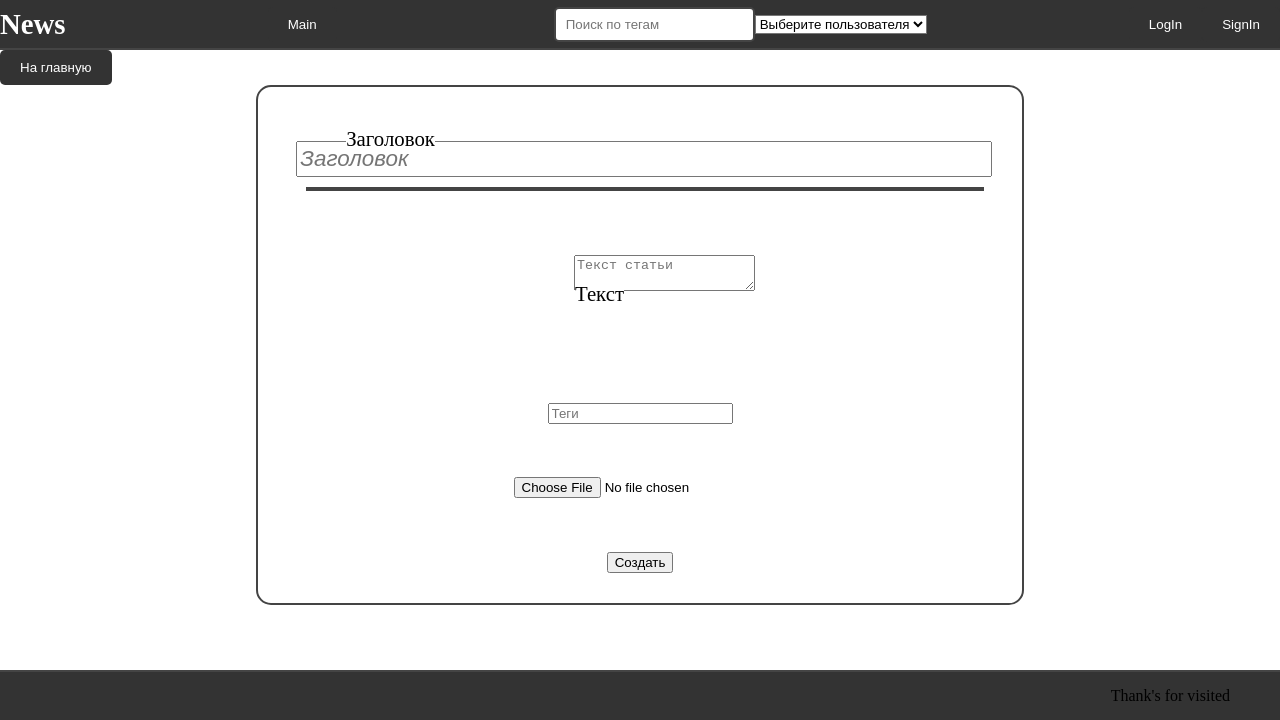
Repository: Igor-Blazhko/news_frontend
Page: /CreatePost
These files come from the project's save history. The page is drawn as it stood at one moment and after the next save; the edit follows.
The browser window is 1280 px wide. The pictures show the whole page.
The project was rebuilt for these pictures with package versions that can differ from the ones it lists, and the page was loaded fresh each time. Also part of the build but not shown: vite.config.ts, src/components/allPost/onePost/onePost.module.css, src/components/allPost/onePost/onePost.tsx, src/components/allPost/allPost.tsx, src/components/auth/logIn/login.module.css, src/components/auth/logIn/login.tsx, src/components/auth/register/register.tsx, src/components/pageOnePost/comments/comment.tsx and 2 more.

Above is the page before, as saved 2024-07-15 16:24:58.

### src/App.tsx
import Header from './components/header/header'
import AllPost from './components/allPost/allPost'
import Footer from './components/footer/footer'
import LogIn from './components/auth/logIn/login'
import { Page } from './types'
import SignIn from './components/auth/register/register'
import { BrowserRouter, Route, Routes } from 'react-router-dom'
import OnePost from './components/pageOnePost/OnePost'
import { Provider } from 'react-redux'
import { store } from './store'
import { QueryClient, QueryClientProvider } from '@tanstack/react-query'
import CreatePost  from './components/createPost/createPost'



const queryClient = new QueryClient();

function App() {

  return (
    <Provider store={store}>
      <QueryClientProvider client={queryClient}>
        <BrowserRouter>
        <Header></Header>
          <Routes>
            <Route path="*" element ={ <AllPost/> }/>
            <Route path={Page.LogIn} element ={ <LogIn/> }/>
            <Route path={Page.SignIn} element ={ <SignIn/> }/>
            <Route path={Page.CreatePost} element ={ <CreatePost/> }/>
            <Route path={Page.OnePost+'/:id'} element ={ <OnePost/> }/>
          </Routes>
        <Footer></Footer>
        </BrowserRouter>
      </QueryClientProvider>
    </Provider>
  )
}

export default App

### src/index.css
body{
  margin: 0;
  padding: 0;
  width: 100vw;
  min-height: 100vh;
  overflow-x: hidden;
}

main{
  min-height: calc(100vh - 100px);
}

### src/components/header/header.tsx

import { Link } from 'react-router-dom';
import Button from '../simplyComponents/button/button';
import styles from './header.module.css'
import ButtonAuth  from './buttonAuth/buttonAuth';
import Filter from './filter/filter';


export default function Header() {
        return (
        <header className={styles.header}>
            <div className={styles.logo}>
                News
            </div>
            <nav>
                <Link to="">
                    <Button>Main</Button>
                </Link>
            </nav>
            <Filter/>
            <ButtonAuth/>
        </header>
    )
}

### src/components/footer/footer.tsx
import { Link } from 'react-router-dom'
import styles from './footer.module.css'
import { Page } from '../../types'
import Button from '../simplyComponents/button/button'
import { useSelector } from 'react-redux'
import { States } from '../../store'

export default function Footer(){
    const JWT = useSelector( (state:States) => state.JWT)
    return(
        <footer className={styles.footer}>
            {
            JWT &&
            <Link to={'/'+Page.CreatePost}>
                <Button>Создать пост</Button>
            </Link>
            }

            <div className={styles.text}>Thank's for visited</div>
        </footer>
    )
}

### src/types.ts
export const enum Page {
    LogIn = 'LogIn',
    SignIn = 'SignIn',
    AllPost = 'AllPost',
    OnePost = 'OnePost',
    CreatePost = 'CreatePost',
}

export class ObjectToken {
    private readonly access_token:string;
    constructor(access_token:string){
        this.access_token = access_token;
    }
}

export class HTTPExeption{
    private readonly response:string;
    private readonly status:number;
    private readonly message:string;
    private readonly name:string;
    constructor(response:string, status:number, message:string, name:string){
        this.response = response;
        this.status = status;
        this.message = message;
        this.name = name;
    }
}

### src/store.ts
import { createStore } from '@reduxjs/toolkit'
import cooks from './basefunction';

export interface States{
  tagfilter: string[],
  userfilter: number,
  JWT:string|undefined,
  location: string,
}

const defaultState:States = {
  tagfilter: [],
  userfilter: 0,
  JWT: cooks.getJWT(),
  location: '*',
}

type Action = {
  type:string,
  buffer?:string,
  userId?:number,
  JWT?:string,
}
const reducer = (state = defaultState, action:Action) => {
  switch (action.type){
    case 'Filter':
      if (( 'buffer' in action) && (action.buffer !== undefined)) {
        const arr = action.buffer.split(' ');
        state = {...state,
          tagfilter: arr,
        }
      }
      return state;
    case 'setUserFilter':
      if (( 'userId' in action) && (action.userId !== undefined)) {
        state = {...state,
          userfilter: action.userId,
        }
      }
      return state
    case 'SetJWT':
      if ( ('JWT' in action) && (action.JWT !== undefined) ){
        state = {...state,
          JWT: action.JWT,
        }
        cooks.LogIn(action.JWT)
      // document.cookie = `JWT_token=${action.JWT}`
      }
      return state;
    case 'DelJwt':
      state = {
        ...state,
        JWT:'',
      }
      cooks.LogOut()
      return state;
    case 'setLocation':
      state = {
        ...state,
        location: location.pathname,
      }
      return state;
    case 'dropLocation':
      state = {
        ...state,
        location: '*',
      }
      return state;
    default:
      return state;
  }
}

export const store = createStore(reducer)

### src/components/createPost/createPost.tsx
import { Link } from "react-router-dom";
import { Page } from "../../types";
import Button from "../simplyComponents/button/button";
import SERVER from "../../dataServer";
import styles from "./createPost.module.css"

export default function CreatePost(){

    return (
        <main>
            <Link to={'/'}>
                <Button>На главную</Button>
            </Link>
            <div>
                <form action={SERVER.POST.News.create} method="post" className={styles.form}>
                    <div className={styles.article}>
                        <label htmlFor="article" className={styles.article} >Заголовок</label>
                        <input type="text" name="article" maxLength={254} placeholder="Заголовок" className={styles.article}/>
                    </div>
                    <div className={styles.text}>
                        <label htmlFor="text" className={styles.text} >Текст</label>
                        <textarea name="text" placeholder="Текст статьи" className={styles.text}/>
                    </div>
                    <div>
                        <label htmlFor="tags"></label>
                    </div>
                    <input type="text" name="tags" placeholder="Теги"  className={styles.tags}/>
                    <input type="file" />
                    <button type="submit" className={styles.btn}>Создать</button>
                </form>
            </div>
        </main>

    )
}

### src/components/simplyComponents/button/button.tsx
import { MouseEventHandler, ReactNode } from 'react'
import styles from './button.module.css'
type Button = {
    text?:string,
    children?:ReactNode
    onClick?:MouseEventHandler<HTMLButtonElement>
}

export default function Button(props:Button){

    return(
        <button className={styles.button} onClick={props.onClick}>{props.children}</button>
    )
}

### src/components/header/header.module.css
header {
    background-color: #333;
    display: flex;
    justify-content: space-between;
    align-items: center;
    border-bottom: 2px solid #444;
    box-sizing: border-box;
    min-height: 50px;
}

.logo {
    font-size: 1.8em;
    font-weight: bold;
    color: #fff;
}



  .filter {
    display: flex;
    align-items: center;
  }

  .filter input,
  .filterselect {
    padding: 8px 10px;
    margin-left: 15px;
    border: 2px solid #444;
    border-radius: 5px;
    transition: border-color 0.3s ease;
  }

  .filter input:focus,
  .filter select:focus {
    border-color: #888;
  }

  .filter select {
    background-color: #fff;
}

### src/components/header/buttonAuth/buttonAuth.tsx
import { useDispatch, useSelector } from "react-redux"
import { States } from "../../../store"
import cooks from "../../../basefunction";
import Button from "../../simplyComponents/button/button";
import { Link } from "react-router-dom";
import { Page } from "../../../types";

export default function ButtonAuth(){

    const JWT = useSelector( (state:States) => state.JWT);
    const dispatch = useDispatch();

    function LogOut(){
        dispatch({
            type: 'DelJwt',
        })
    }

    return (
        <>
            {
                JWT?
                <div className="auth">
                    <Button onClick={LogOut}>LogOut</Button>
                </div>
                :
                <div className="auth">
                    <Link to={Page.LogIn}>
                        <Button>LogIn</Button>
                    </Link>
                    <Link to={Page.SignIn}>
                        <Button>SignIn</Button>
                    </Link>
                </div>
                }
        </>
    )
}

### src/components/header/filter/filter.tsx

import { useEffect, useState } from 'react'
import { User } from '../../pageOnePost/types/types'
import styles from '../header.module.css'
import { useDispatch } from 'react-redux'

export default function Filter(){
    const [users, setUsers] = useState([ {
        id: 1,
        name: 'igor',
        sername: 'Blazhko',
        login: 'user1',
    }])
    const [change, setChange] = useState(false)
    const dispatch = useDispatch()

    useEffect(() => {
        const users = [
            {
                id: 1,
                name: 'igor',
                sername: 'Blazhko',
                login: 'user1',
            },
            {
                id: 2,
                name: 'igor',
                sername: 'Tokin',
                login: 'user2',
            },
            {
                id: 3,
                name: 'igor',
                sername: 'Lankin',
                login: 'user3',
            },
        ];
        setUsers(users);
        // setLog(JWT)
    },[])

    function changeFilter(event:React.ChangeEvent<HTMLInputElement>){
        dispatch({
            type:'Filter',
            buffer: event.target.value,
        })
    }

    function changeUser(event) {
        dispatch({
            type:'setUserFilter',
            userId: +event.target.value,
        })
        if ( +event.target.value ) setChange(true)
        else setChange(false)
    }

    return (
            <div className={styles.filter}>
                <input type="text" placeholder="Поиск по тегам" onChange={changeFilter}/>
                <select onChange={changeUser} defaultValue="option0">
                    <option value="0">
                        { change? 'Cбросить фильтрацию': 'Выберите пользователя'}
                    </option>
                    {
                        users.map((user:User)=> <option key = {user.id} value={user.id}>{user.name} {user.sername}</option>)
                    }
                </select>
            </div>
    )
}

### src/components/allPost/allPost.module.css

main {
    display: flex;
    flex-direction: column;
    row-gap: 25px;
  }

### src/dataServer.ts


const SERVER = {
    base: 'http://192.168.3.37:5000/',
    POST: {
        register: 'http://127.0.0.1:5000/auth/registration',
        login: 'http://127.0.0.1:5000/auth/login',
        comments: {
            createCom: 'http://127.0.0.1:5000/comments',
        },
        News: {
            create: 'http://127.0.0.1:5000/news',
        }
    },
    GET: {
        allNews: 'http://127.0.0.1:5000/news',
        oneNews: 'http://127.0.0.1:5000/news?id=',
        getAllCommentByPostId: 'http://127.0.0.1:5000/comments?id=',
    }
}
export default SERVER;

### src/components/footer/footer.module.css
footer {
    width: 100vw;
    background-color: #333;
    min-height: 50px;
    border-top: 2px solid #444;
    display: flex;
    justify-content: flex-end;
    align-items: center;
    box-sizing: border-box;
}

.text{
    margin-right: 50px;
}

### src/components/pageOnePost/OnePost.module.css
main{
  display: block;
}
.post_content_full {
    display: flex;
    flex-direction: column;
    align-items: center;
    text-align: center;
    animation: slideIn 0.5s ease-in-out;
  }

  .post_image {
    width: 150px;
    height: 150px;
    margin-bottom: 20px;
  }

  .post_title_full {
    font-size: 2em;
    margin-bottom: 20px;
  }

  .post_text_full {
    font-size: 1.2em;
    margin-bottom: 40px;
  }

  .comments {
    background-color: #fff;
    padding: 20px;
    border: 1px solid #ccc;
    border-radius: 10px;
    margin-top: 20px;
  }



  .comments h3 {
    font-size: 1.5em;
    margin-bottom: 10px;
  }

  .comment {
    margin-bottom: 10px;
    padding: 10px;
    border: 1px solid #ccc;
    border-radius: 5px;
    background-color: #fafafa;
  }

  .comment p {
    font-size: 1.2em;
  }

  .comment_form {
    margin-top: 20px;
  }

  .comment_form textarea {
    width: 100%;
    padding: 10px;
    margin-bottom: 10px;
    border: 1px solid #ccc;
    border-radius: 5px;
    resize: vertical;
    transition: border-color 0.3s ease;
  }

  .comment_form textarea:focus {
    border-color: #888;
  }

  .comment_form button {
    padding: 10px;
    border: none;
    border-radius: 5px;
    background-color: #333;
    color: #fff;
    cursor: pointer;
    transition: background-color 0.3s ease, transform 0.3s ease;
  }

  .comment_form button:hover {
    background-color: #444;
    transform: translateY(-3px);
  }

### src/basefunction.ts
import { useDispatch } from "react-redux";

class Cookie {
    getCookie(name:string) {
        let matches = document.cookie.match(new RegExp(
          "(?:^|; )" + name.replace(/([\.$?*|{}\(\)\[\]\\\/\+^])/g, '\\$1') + "=([^;]*)"
        ));
        return matches ? decodeURIComponent(matches[1]) : undefined;
    }

    setCookie(name:string, value:string, options = {}) {

        options = {
          path: '/',
          // при необходимости добавьте другие значения по умолчанию
          ...options
        };

        if (options.expires instanceof Date) {
          options.expires = options.expires.toUTCString();
        }

        let updatedCookie = encodeURIComponent(name) + "=" + encodeURIComponent(value);

        for (let optionKey in options) {
          updatedCookie += "; " + optionKey;
          let optionValue = options[optionKey];
          if (optionValue !== true) {
            updatedCookie += "=" + optionValue;
          }
        }

        document.cookie = updatedCookie;
    }

    deleteCookie(name:string) {
        this.setCookie(name, "", {
          'max-age': -1
        })
    }

    getJWT(){
        return this.getCookie('JWT_token')
    }

    LogIn(token:string){
        this.setCookie('JWT_token', token, {
            'max-age': 3600
          } )
    }

    LogOut(){
        this.setCookie('JWT_token', '', {
            'max-age': 3600
          } )
    }
}
const cooks = new Cookie()
export default cooks

### src/components/createPost/createPost.module.css
.form {
    border: 2px solid #444;
    border-radius: 15px;
    width: 60%;
    height: calc(100vh - 200px);
    margin: 0 auto;
    display: flex;
    flex-direction: column;
    justify-content: space-between;
    align-items: center;
    padding: 30px 0 ;
    box-sizing: border-box;
}

div.article{
    width: 90%;
}

label{
    position: relative;
    top: 10px;
    left: 50px;
    z-index: 2;
    background-color: white;
    font-size: 1.3em;
    transition: all 0.3s ease-in-out;
}
div:has(input:focus) label{
    transition: all 0.2s  ease-in;
    top: 0;
}


input.article{
    width: 100%;
    height: 30px;
    font-size: 1.4em;
    font-style: italic;
    display: block;
}

div.article::after{
    display: block;
    width: 98%;
    background-color: #444;
    border: 2px solid #444;
    content: "";
    margin: 10px;
}

### src/components/simplyComponents/button/button.module.css
.button {
    padding: 10px 20px;
    background-color: #333;
    color: #fff;
    border: none;
    border-radius: 5px;
    cursor: pointer;
    transition: background-color 0.3s ease, transform 0.3s ease;
    text-decoration: none;
}

.button:hover {
    background-color: #444;
    transform: translateY(-3px);
}

Loaded but not shown: index.html (common file); src/main.tsx (common file)

After the next save:
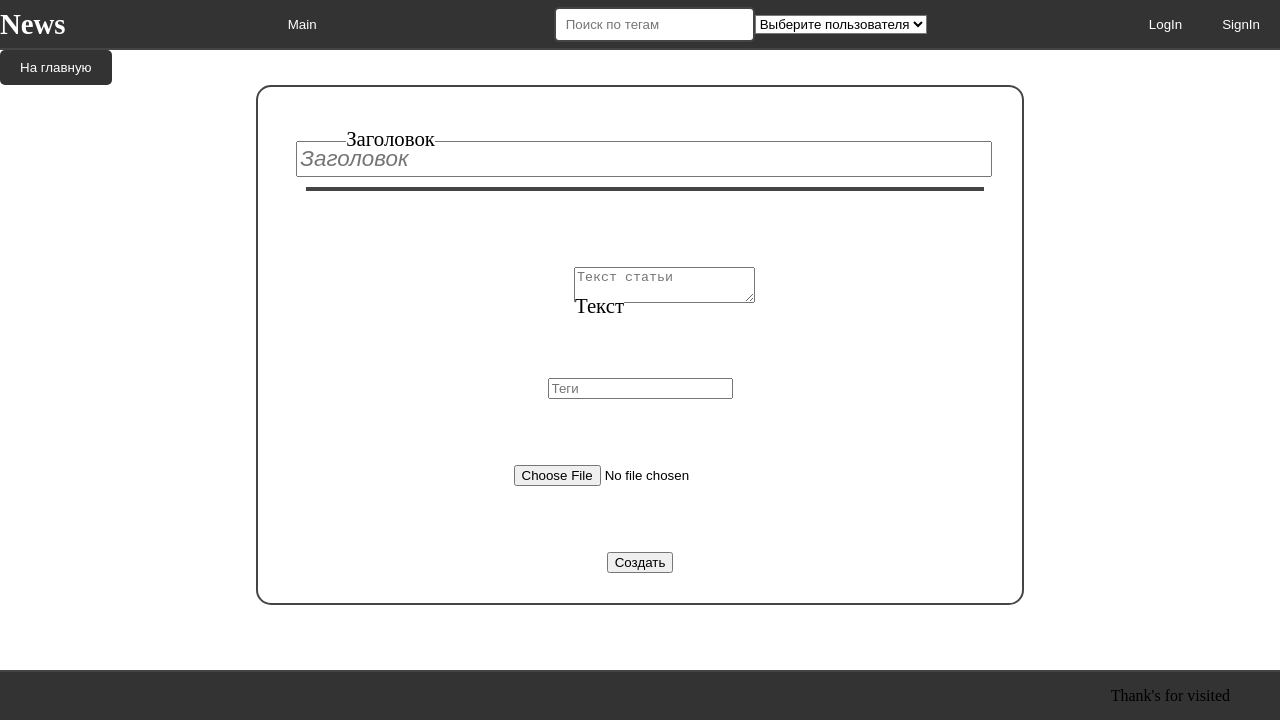
Saved 8 s later.
--- a/src/components/createPost/createPost.tsx
+++ b/src/components/createPost/createPost.tsx
@@ -21,10 +21,10 @@ export default function CreatePost(){
                         <label htmlFor="text" className={styles.text} >Текст</label>
                         <textarea name="text" placeholder="Текст статьи" className={styles.text}/>
                     </div>
-                    <div>
-                        <label htmlFor="tags"></label>
+                    <div className={styles.tags}>
+                        <label htmlFor="tags" className={styles.tags}></label>
+                        <input type="text" name="tags" placeholder="Теги"  className={styles.tags}/>
                     </div>
-                    <input type="text" name="tags" placeholder="Теги"  className={styles.tags}/>
                     <input type="file" />
                     <button type="submit" className={styles.btn}>Создать</button>
                 </form>
